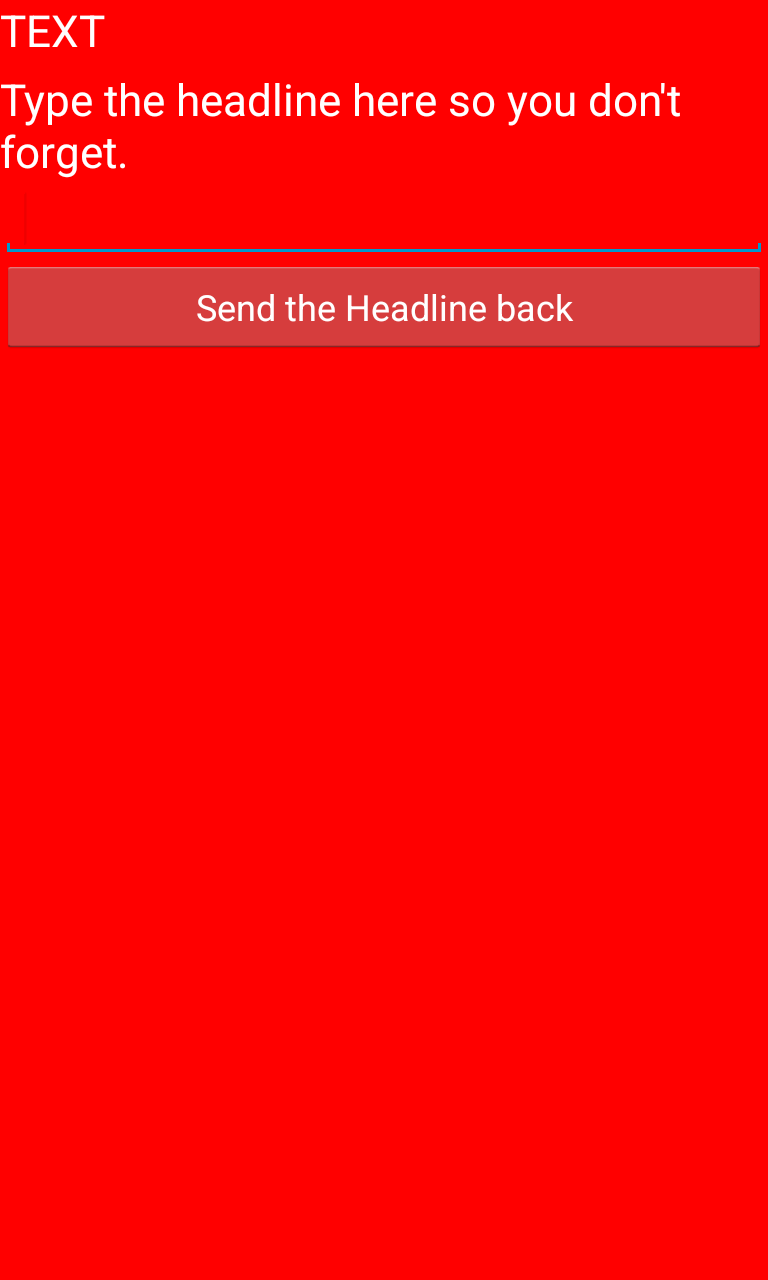
Repository: fsoDannis/FSO_JAVAII
Layout: JavaII_Week1/res/layout/activity_subscreen.xml
An editor plug-in stored every save of this project. The layout is shown before and after the next save, followed by the edit.
It is drawn on a 768 x 1280 px phone screen (xhdpi) without system bars, with theme AppTheme; the app's code is not run.

Above is the layout before, as saved 2013-05-10 00:56:27.

### JavaII_Week1/res/layout/activity_subscreen.xml
<?xml version="1.0" encoding="utf-8"?>
<LinearLayout xmlns:android="http://schemas.android.com/apk/res/android"
    android:layout_width="match_parent"
    android:layout_height="match_parent"
    android:orientation="vertical"
    android:background="#ff0000">
    <TextView
        android:id="@+id/textView1"
        android:layout_width="match_parent"
        android:layout_height="wrap_content"
        android:textAppearance="?android:attr/textAppearanceLarge"
        android:textColor="#ffffff"
        android:layout_marginBottom="10px"
        android:text="TEXT"/>
    <TextView
        android:id="@+id/textView2"
        android:layout_width="match_parent"
        android:layout_height="wrap_content"
        android:textAppearance="?android:attr/textAppearanceLarge"
        android:textColor="#ffffff"
        android:text="Type the headline here so you don't forget."/>
    <EditText
        android:id="@+id/editText2"
        android:layout_width="match_parent"
        android:layout_height="wrap_content"
        android:ems="10" >
        <requestFocus />
    </EditText>
    <Button
        android:id="@+id/button2"
        android:layout_width="match_parent"
        android:layout_height="wrap_content"
        android:text="Send the Headline back"
        android:textColor="#ffffff"/>
</LinearLayout>

Loaded but not shown: JavaII_Week1/res/values/styles.xml (common file); JavaII_Week1/res/values-v11/styles.xml (common file); JavaII_Week1/res/values-v14/styles.xml (common file)

After the next save:
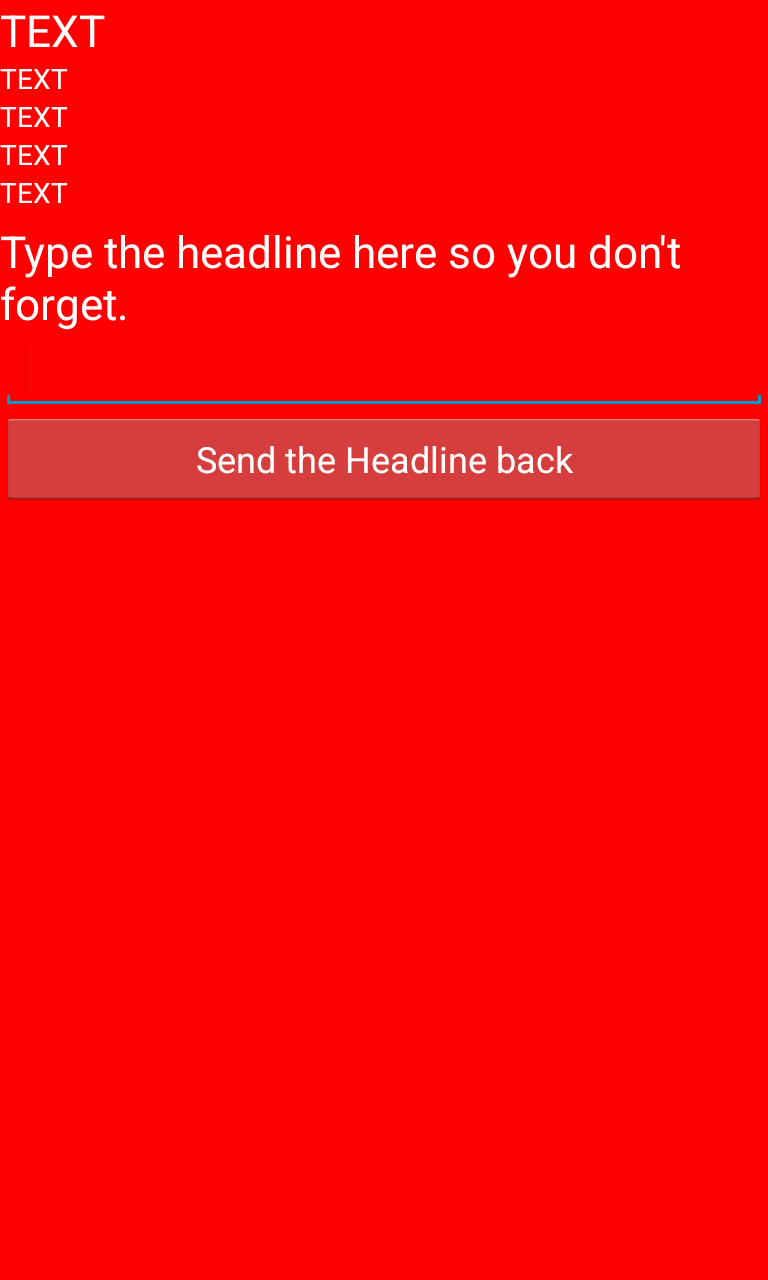
Saved 2 min 22 s later.
--- a/JavaII_Week1/res/layout/activity_subscreen.xml
+++ b/JavaII_Week1/res/layout/activity_subscreen.xml
@@ -9,6 +9,34 @@
         android:layout_width="match_parent"
         android:layout_height="wrap_content"
         android:textAppearance="?android:attr/textAppearanceLarge"
+        android:textColor="#ffffff"
+        android:text="TEXT"/>
+     <TextView
+        android:id="@+id/textViewInfo1"
+        android:layout_width="match_parent"
+        android:layout_height="wrap_content"
+        android:textAppearance="?android:attr/textAppearanceSmall"
+        android:textColor="#ffffff"
+        android:text="TEXT"/>
+      <TextView
+        android:id="@+id/textViewInfo2"
+        android:layout_width="match_parent"
+        android:layout_height="wrap_content"
+        android:textAppearance="?android:attr/textAppearanceSmall"
+        android:textColor="#ffffff"
+        android:text="TEXT"/>
+      <TextView
+        android:id="@+id/textViewInfo3"
+        android:layout_width="match_parent"
+        android:layout_height="wrap_content"
+        android:textAppearance="?android:attr/textAppearanceSmall"
+        android:textColor="#ffffff"
+        android:text="TEXT"/>
+      <TextView
+        android:id="@+id/textViewInfo4"
+        android:layout_width="match_parent"
+        android:layout_height="wrap_content"
+        android:textAppearance="?android:attr/textAppearanceSmall"
         android:textColor="#ffffff"
         android:layout_marginBottom="10px"
         android:text="TEXT"/>
